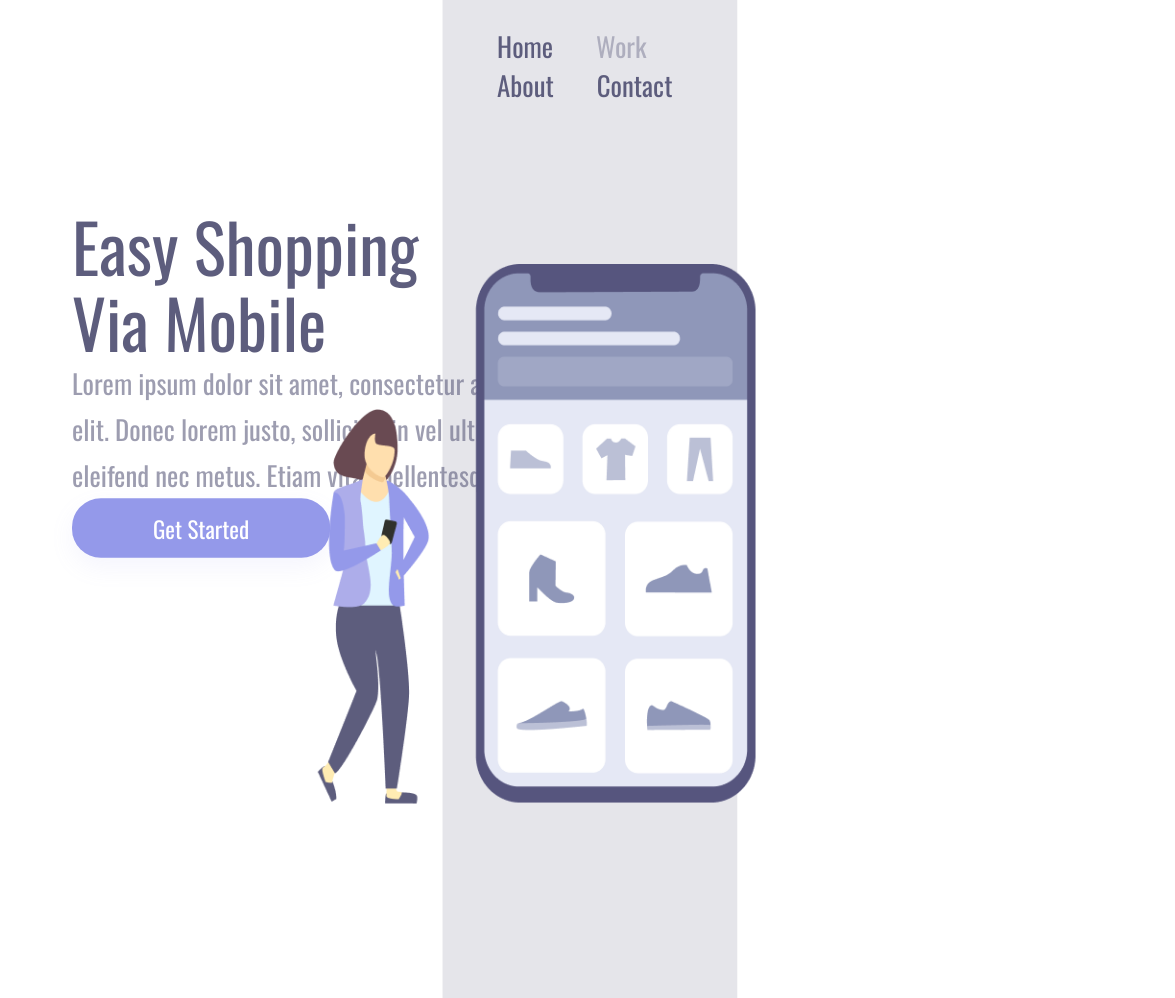
Repository: Leo-Marques-882/Projeto-Git-2
Page: index.html
The author's editor kept a copy of each file at every save. The page is drawn from the files as they stood at one save, then again after the next save.
The browser window is 768 px wide. The page is 917 px wide, then 1224 px, so the pictures cover 1224 px, including what lies to the right of the window. The pictures show the whole page, at 96% of full size.

Above is the page before, as saved 2023-03-07 00:35:35.

### index.html
<!DOCTYPE html>
<html lang="pt_br">

<head>
    <meta charset="UTF-8">
    <meta http-equiv="X-UA-Compatible" content="IE=edge">
    <meta name="viewport" content="width=device-width, initial-scale=1.0">
    <link rel="stylesheet" href="styless.css">
    <link rel="preconnect" href="https://fonts.googleapis.com">
    <link rel="preconnect" href="https://fonts.gstatic.com" crossorigin>
    <link href="https://fonts.googleapis.com/css2?family=Oswald&display=swap" rel="stylesheet">

    <title>Projeto 1</title>
</head>

<body>
    <div class="wrapper">
        <section class="container-left">
            <h1>Easy Shopping Via Mobile</h1>
            <p>Lorem ipsum dolor sit amet, consectetur adipiscing
                elit. Donec lorem justo, sollicitudin vel ultricies sed,
                eleifend nec metus. Etiam vitae pellentesque dolor. </p>
            <button>Get Started</button>
        </section>
        <section class="container-right">
            <header>
                <a>Home</a>
                <a>Work</a>
                <a>About</a>
                <a>Contact</a>
            </header>
            <img src="./img/Illustration.png" alt="girl-cellphone">
        </section>
    </div>
</body>

</html>

### styless.css
* {
    margin: 0;
    padding: 0;
    box-sizing: border-box;
    font-family: 'Oswald', sans-serif;
}

.wapper {
    height: 100vh;
    width: 100%;
}

.container-left {
    display: inline-block;
    width: 60%;
    margin-top: 28%;
    padding-left: 75px;
    padding-right: 82px;
}

h1 {
    font-weight: 400;
    font-size: 70px;
    line-height: 80px;
    color: #5D5D7D;
    width: 368px;
}

p {
    font-weight: 400;
    font-size: 28px;
    line-height: 48px;
    color: #5D5D7D;
    opacity: 0.6;
    margin: 15px -117;
    width: 540px;
}

button {
    width: 269px;
    height: 62px;
    background: #9499EA;
    box-shadow: 0px 10px 24px rgba(148, 153, 234, 0.0979959);
    font-weight: 400;
    font-size: 24px;
    line-height: 36px;
    text-align: center;
    color: #FFFFFF;
    border-radius: 30px;
    border: none;
    cursor: pointer;
}

button:hover {
    opacity: .8;
}

button:active {
    opacity: .5;
}

.container-right {
    display: inline-block;
    background-color: rgba(93, 93, 125, 0.16);
    height: 130vh;
    width: 40%;
    position: absolute;
}

a {
    width: 59px;
    font-weight: 400px;
    font-size: 28px;
    line-height: 41px;
    color: #5D5D7D;
    margin-right: 41px;
    cursor: pointer;
}

a:nth-child(2) {
    opacity: 0.4;
}

a:hover {
    opacity: .4;
}

a:active {
    opacity: .8;
}

img {
    position: relative;
    top: 16%;
    right: 130px;
}

header {
    margin: 27px 0 0 57px;
}

After the next save:
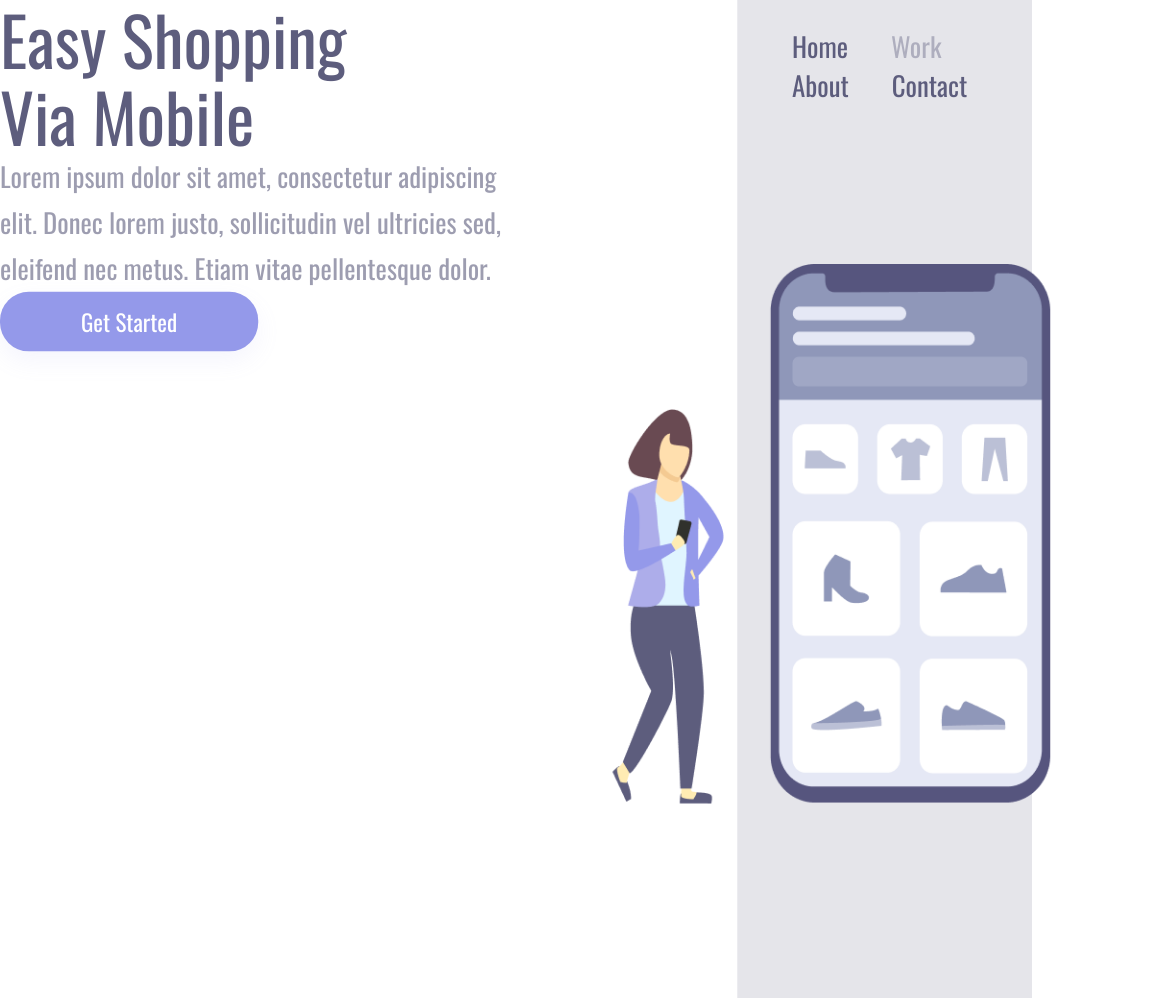
Saved 31 min 27 s later.
--- a/styless.css
+++ b/styless.css
@@ -98,3 +98,13 @@
 header {
     margin: 27px 0 0 57px;
 }
+
+@media  screen and (max-width: 900px) {
+    .container-left {
+        width: 100%;
+        height: 50%;
+        padding: 0;
+        margin: 0;
+    }
+
+}
